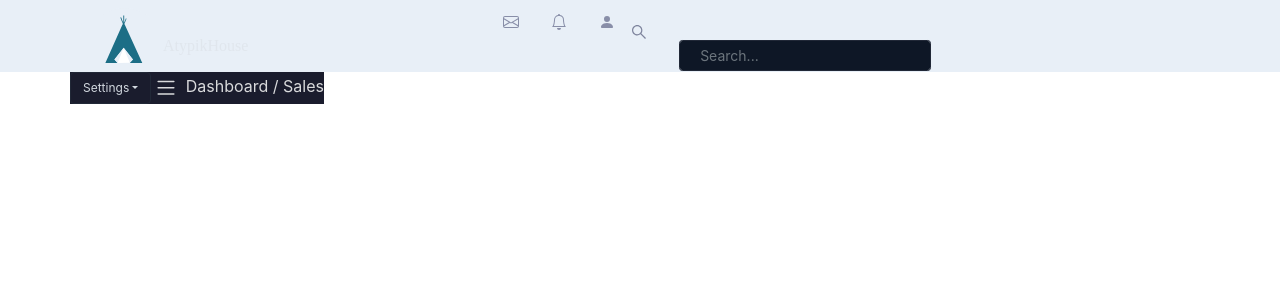
Repository: kifack/API-Symfony-AtypikHouse
Page: / (app in admin-frontend/)
An editor plug-in stored every save of this project. The page is shown before and after a run of saves, followed by the edit.
The browser window is 1280 px wide. The pictures show the whole page.
Some web libraries are served in a nearby version. The project was rebuilt for these pictures with package versions that can differ from the ones it lists, and the page was loaded fresh each time. Also part of the build but not shown: admin-frontend/src/css/Responsive.css, admin-frontend/src/css/admin/navbar.css, admin-frontend/src/components/template_parts/Header.js, admin-frontend/src/components/template_parts/Footer.js, admin-frontend/src/components/template_parts/Sidebar.js, admin-frontend/src/components/partials/LocationEntry.js, admin-frontend/src/components/template_parts/Spinner.js, admin-frontend/src/actions/location.js and 26 more.

Above is the page before, as saved 2020-10-01 15:49:05.

### admin-frontend/public/index.html
<!DOCTYPE html>
<html lang="en">
  <head>
    <meta charset="utf-8" />
    <link rel="icon" href="%PUBLIC_URL%/atypikhouse.ico" />
    <meta name="viewport" content="width=device-width, initial-scale=1" />
    <meta name="theme-color" content="#000000" />
    <meta
      name="description"
      content="Web site created using create-react-app"
    />
    <link
      rel="stylesheet"
      href="https://use.fontawesome.com/releases/v5.8.1/css/all.css"
      integrity="sha384-50oBUHEmvpQ+1lW4y57PTFmhCaXp0ML5d60M1M7uH2+nqUivzIebhndOJK28anvf"
      crossorigin="anonymous"
    />
    <!--
      manifest.json provides metadata used when your web app is installed on a
      user's mobile device or desktop. See https://developers.google.com/web/fundamentals/web-app-manifest/
    -->
    <!-- <link rel="manifest" href="%PUBLIC_URL%/manifest.json" /> -->
    <!--
      Notice the use of %PUBLIC_URL% in the tags above.
      It will be replaced with the URL of the `public` folder during the build.
      Only files inside the `public` folder can be referenced from the HTML.

      Unlike "/favicon.ico" or "favicon.ico", "%PUBLIC_URL%/favicon.ico" will
      work correctly both with client-side routing and a non-root public URL.
      Learn how to configure a non-root public URL by running `npm run build`.
    -->
    <script
      src="https://code.jquery.com/jquery-3.5.1.min.js"
      integrity="sha256-9/aliU8dGd2tb6OSsuzixeV4y/faTqgFtohetphbbj0="
      crossorigin="anonymous"
    ></script>
    <script src="https://stackpath.bootstrapcdn.com/bootstrap/4.5.2/js/bootstrap.min.js"></script>
    <script
      src="https://code.jquery.com/jquery-3.5.1.min.js"
      integrity="sha256-9/aliU8dGd2tb6OSsuzixeV4y/faTqgFtohetphbbj0="
      crossorigin="anonymous"
    ></script>

    <script src="https://stackpath.bootstrapcdn.com/bootstrap/4.5.2/js/bootstrap.min.js"></script>
    <title>AtypikHouse</title>
  </head>
  <body>
    <noscript>You need to enable JavaScript to run this app.</noscript>
    <div id="root"></div>
    <!--
      This HTML file is a template.
      If you open it directly in the browser, you will see an empty page.

      You can add webfonts, meta tags, or analytics to this file.
      The build step will place the bundled scripts into the <body> tag.

      To begin the development, run `npm start` or `yarn start`.
      To create a production bundle, use `npm run build` or `yarn build`.
    -->
  </body>
</html>

### admin-frontend/src/index.js
import React from 'react';
import ReactDOM from 'react-dom';
import App from './components/App';
import 'bootstrap/dist/css/bootstrap.min.css';
import { Provider } from 'react-redux';
import configureStore from './store/store';
import HeaderBack from './components/backend/HeaderBack';


const store = configureStore();
ReactDOM.render(
  <React.StrictMode>
    <Provider store={store}>
      <HeaderBack />
    </Provider>

  </React.StrictMode>,
  document.getElementById('root')
);

### admin-frontend/src/store/store.js
import { createStore, applyMiddleware } from "redux";
import { composeWithDevTools } from "redux-devtools-extension";
import thunk from "redux-thunk";
import rootReducer from "../reducers";

const configureStore = () => {
  const initialState = {};

  const middleware = [thunk];

  const store = createStore(
    rootReducer,
    initialState,
    composeWithDevTools(applyMiddleware(...middleware))
  );
  return store;
};

export default configureStore;

### admin-frontend/src/components/backend/HeaderBack.js
import React from "react";
import { Navbar, Nav, Image, Row, Container } from "react-bootstrap";
import { BsBell, BsEnvelope, BsFillPersonFill, BsList } from "react-icons/bs";
import { FaSistrix } from "react-icons/fa";
import logo from './../../media/logonegatif.svg';


class HeaderBack extends React.Component{
    render(){
        return(

            <header>
            <Navbar>

                <div className="blue-sky menuhaut">
                <Container >
                <Row >
                        <Nav.Link><Image class="logo"src={logo}/><span class="titlesite">AtypikHouse</span></Nav.Link>
                        <Nav.Link><BsEnvelope class="icon-env"/></Nav.Link>
                        <Nav.Link><BsBell class="icon-bell"/></Nav.Link>
                        <Nav.Link><BsFillPersonFill class="icon-person"/></Nav.Link>
                        <form className="form-inline mt-4 mb-4">
                        <FaSistrix  className="icons"/>
                        <input className="form-control form-control-sm ml-5 w-100" type="text" placeholder="   Search..." aria-label="Search"  />
                        </form>
                </Row>
                </Container>
                </div>

                    <div class="sous-header">
                    <Container>
                    <Row>
                    <div>
                        <div class="fond">
                        <button class="btn btn-secondary dropdown-toggle" type="button" id="dropdownMenuButton" data-toggle="dropdown" aria-haspopup="true" aria-expanded="false" >Settings</button>
                        <BsList class="icon-list"/>
                        <span class="titlelist"> Dashboard / Sales</span>
                        </div>
                    </div>
                    </Row>
                    </Container>
                    </div>

            </Navbar>
         </header>


        )
    }

}

export default HeaderBack;

### admin-frontend/src/utils/setAuthToken.js
import api from "./api";

const setAuthToken = (token) => {
  if (token) {
    console.log("setting...");
    api.defaults.headers.common.authorization = "Bearer " + token;
    localStorage.setItem("token", token);
  } else {
    console.log("deleting...");
    delete api.defaults.headers.common["Authorization"];
    localStorage.removeItem("token");
  }
};

export default setAuthToken;

### admin-frontend/src/css/App.css
:root {
  --primaryColor: #1c6e86;
  --secondaryColor :#060818;
  --tierColor: #1e2020;
  --white: #ffffff;
}

* {
  margin: 0;
  padding: 0;
  box-sizing: border-box;
}

@font-face {
  font-family: "title-logo";
  src: url("./../polices/vagnotie.otf");
}
@font-face {
  font-family: "title-block";
  src: url("./../polices/Vogue.ttf");
}
@font-face {
  font-family: "title-secondaire";
  src: url("./../polices/ArcaMajora3-Bold.otf");
}
@font-face {
  font-family : "sans-serifSpe";
  src: url("./../polices/Myriad-Pro_31655.ttf");
}

.blue-sky {
  background-color: var(--secondaryColor);
}
body .blue-Marine {
  background-color: var(--primaryColor);
}

.titleBlock {
  font-family: "title-block";
  padding-top: 30px;
  font-size: 1.3rem;
  color: var(--tiercolor);
}
.titleConte{
  text-align: center;
}
.btnNb{
  padding: 10px 20px;
  text-decoration: none;
  border-radius: 20px;
  font-family: "title-secondaire";
  font-size: 1rem;
}
.secondaryNb {
  color: var(--secondaryColor);
}
.btnNb:hover {
  text-decoration: none;
  color: var(--primaryColor);
  background-color: var(--secondaryColor);
}
.conteneurBtn {
  padding-top: 20px;
}
img {
  width: 100%;
}


/*********************************************************** Header backend ************************************************************************************/

.icons{

  color: #7e849d;


}

.form-inline{


}
.titlesite, .logo{

  color: #e0e6ed;
  width: 30px;
  font-family: "title-secondair";
  font-size: 1.0rem;

}
header .container img {

  width: 20%;

}

.icon-env, .icon-bell, .icon-person {


  color: #888ea8;
}


input.form-control.form-control-sm.ml-5.w-100 {
  background-color: #0e1726;
  color: #7e849d;
  border-color: #212837;


}

button#dropdownMenuButton {

background-color: #1a1c2d;
color: #d2d8df;
border-color: #212837;
font-size: 12px;
}


.icon-list{

 color: #d9dadc;
 width: 30px;
 height: 25px;

}

.titlelist{

 color: #d9dadc;

}
.fond{


 background: #1a1c2d;
}

header .navbar{
  padding: 0;
  margin: 0;
  display: block;
}

header .menuhaut{
  height: 10vh;


}

### admin-frontend/src/reducers/index.js
import { combineReducers } from "redux";
import auth from "./auth";
import location from "./location";
import user from "./user";
import comment from "./comment";
import destination from "./destination";
import category from "./category";
import thematic from "./thematic";
import field from "./field";

export default combineReducers({
  auth,
  location,
  user,
  comment,
  destination,
  category,
  thematic,
  field,
});

### admin-frontend/src/utils/api.js
import axios from "axios";
import store from "../store/store";
import { LOGOUT } from "../actions/types";

const api = axios.create({
  baseURL: "http://localhost:8000/api/v01",
  // baseURL: "http://api.f2i-dev2-ami-bc-akb-vyk.fr/api/v01",
  headers: {
    "Content-Type": "application/json",
    Accept: "application/json",
  },
});

const { dispatch } = store;

export default api;

### admin-frontend/src/css/sidebar.css
:root {
  --primaryColor: #0090d9;
  --secondaryColor: #e8f1f8;
  --tierColor: #1e2020;
  --white: #ffffff;
}

.sidebar {
  width: 240px;
  min-height: 100vh;
  transition: 0.4s;
  transition-property: width;
  background-color: #fff;

  /* background-image: linear-gradient(180deg, #4e73df 10%, #224abe 100%); */
  /* overflow-y: auto; */
}

.sidebar ul {
  /* color: var(--primaryColor); */
  height: 100%;
  width: 100%;
  list-style: none;
}
.sidebar .menu li {
  line-height: 60px;
  border-bottom: 1px solid #bdb8d7;
  border-bottom: 1px solid rgba(0, 0, 0, 0.05);
  border-top: 1px solid rgba(255, 255, 255, 0.05);
}
.sidebar .menu li:last-child {
  border-bottom: 1px solid rgba(255, 255, 255, 0.05);
}
.sidebar .menu li a {
  position: relative;
  text-decoration: none;
  color: #6c757d;
  font-size: 16px;
  padding-left: 20px;
  font-weight: 500;
  display: block;
  width: 100%;
  border-left: 3px solid transparent;
}
.sidebar .menu li a > i {
  color: var(--primaryColor);
  padding-right: 8px;
}
.sidebar .menu li.active a {
  color: #fff;
  background: #4e73df;
  /* border-left-color: #000; */
}
.sidebar .menu li a:hover {
  /* background-color: #4e73df; */
  opacity: 0.9;
  color: var(--primaryColor);
}
.sidebar .menu ul {
  position: static;
  display: none;
  background-color: #fff;
}

.sidebar .menu ul li {
  line-height: 50px;
  border-top: none;
  color: var(--primaryColor);
}

.sidebar ul li a .item {
  /* margin-left: 15px; */
  transition: 0.4s;
  transition-property: display;
}
.sidebar .menu ul li a {
  font-size: 15px;
  color: #6c757d;
  padding-left: 50px;
}
.sidebar .menu li.active ul li a {
  color: #e6e6e6;
  background: #1b1b1b;
  border-left-color: transparent;
}
.sidebar .menu ul li a:hover {
  border-left-color: var(--primaryColor);
  border-left-width: 5px;
}
.sidebar li a .caret-menu {
  position: absolute;
  top: 50%;
  right: 20px;
  transform: translateY(-50%);
  font-size: 18px;
  transition: transform 0.7s;
}
.sidebar li a span.rotate {
  transform: translateY(-50%) rotate(-180deg);
}

.wrapper.collapse-sidebar .sidebar {
  width: 70px;
}

.wrapper.collapse-sidebar .main_content {
  width: calc(100% - 70px);
}

.wrapper.collapse-sidebar .sidebar .item,
.submenu,
.wrapper.collapse-sidebar .sidebar .submenu li {
  display: none;
}

### admin-frontend/src/css/card.css
/* Navigation tabs */
:root {
  --primaryColor: #0090d9;
  --secondaryColor: #e8eff7;
  --tierColor: #1e2020;
  --white: #ffffff;
}
.tabs {
  /* width: 730px; */
  height: 100vh;
  overflow: hidden;
  border-radius: 5px;
  box-shadow: 5px 10px 5px #ccc;
  border: 1px solid #eee;
  margin-right: 10px;
}
.tabs .tab-header {
  /* height: 40px; */
  display: flex;
  align-items: center;
  width: 100%;
  padding: 15px;
  /* border: 1px solid #eee; */
}

.tabs .tab-header > div {
  width: calc(100% / 2);
  text-align: center;
  color: #888;
  font-weight: 600;
  cursor: pointer;
  font-size: 14px;
  text-transform: uppercase;
  outline: none;
}
/* .tabs .tab-header > div > i {
  display: block;
  margin-bottom: 5px;
} */
.tabs .tab-header > div.active {
  color: var(--primaryColor);
}
.tabs .tab-indicator {
  position: relative;
  width: calc(100% / 2);
  height: 5px;
  background: var(--primaryColor);
  left: 0px;
  border-radius: 5px;
  transition: all 500ms ease-in-out;
}
.tabs .tab-body {
  position: relative;
  height: calc(100% - 60px);
  padding: 10px 5px;
}
.tabs .tab-body > div {
  padding: 20px;
  position: absolute;
  width: 100%;
  top: -200%;
  opacity: 0;
  transform: scale(0.9);
  transition: opacity 500ms ease-in-out 0ms, transform 500ms ease-in-out 0ms;
}
.tabs .tab-body > div.active {
  top: 0px;
  opacity: 1;
  transform: scale(1);
}

/* Display location  */
.img-container {
  position: relative;
}
/* Next & previous buttons */
.prev,
.next {
  cursor: pointer;
  position: absolute;
  text-decoration: none !important;
  top: 50%;
  width: auto;
  margin-top: -22px;
  padding: 16px;
  color: white !important;
  font-weight: bold;
  font-size: 18px;
  transition: 0.6s ease;
  border-radius: 0 3px 3px 0;
  user-select: none;
}

/* Position the "next button" to the right */
.next {
  right: 0;
  border-radius: 3px 0 0 3px;
}
.prev {
  left: 0;
}

/* On hover, add a black background color with a little bit see-through */
.prev:hover,
.next:hover {
  background-color: rgba(0, 0, 0, 0.8);
}
/* Fading animation */
.custom-fade {
  -webkit-animation-name: fade;
  -webkit-animation-duration: 1.5s;
  animation-name: fade;
  animation-duration: 1.5s;
}

@-webkit-keyframes fade {
  from {
    opacity: 0.4;
  }
  to {
    opacity: 1;
  }
}

@keyframes fade {
  from {
    opacity: 0.4;
  }
  to {
    opacity: 1;
  }
}

### admin-frontend/src/reducers/auth.js
import {
  LOAD_USER_REQUEST,
  USER_LOADED,
  AUTH_ERROR,
  LOGIN_REQUEST,
  LOGIN_SUCCESS,
  LOGIN_FAIL,
  LOGOUT,
} from "../actions/types";
import setAuthToken from "../utils/setAuthToken";

const initialState = {
  token: localStorage.getItem("token"),
  isAuthenticated: false,
  loading: false,
  user: null,
  isLogining: false,
  error: null,
};

export default function (state = initialState, action) {
  const { type, payload } = action;

  switch (type) {
    case LOAD_USER_REQUEST:
      return {
        ...state,
        loading: true,
      };
    case USER_LOADED:
      if (payload.roles.indexOf("ROLE_ADMIN") >= 0) {
        return {
          ...state,
          isAuthenticated: true,
          loading: false,
          user: payload,
        };
      } else {
        return {
          ...state,
          isAuthenticated: false,
          loading: false,
          error: "Vous n'avez pas des droits d'accés",
        };
      }
    case LOGIN_REQUEST:
      return {
        ...state,
        isLogining: true,
      };
    case LOGIN_SUCCESS:
      if (payload.user.roles.indexOf("ROLE_ADMIN") >= 0) {
        localStorage.setItem("token", payload.token);
        setAuthToken(payload.token);
        return {
          ...state,
          isAuthenticated: true,
          isLogining: false,
          user: payload.user,
        };
      } else {
        return {
          ...state,
          isAuthenticated: false,
          isLogining: false,
          error: "Vous n'avez pas des droits d'accéss",
        };
      }

    case AUTH_ERROR:
    case LOGOUT:
      console.log("logout");
      localStorage.removeItem("token");
      return {
        ...state,
        token: null,
        isAuthenticated: false,
        loading: false,
        user: null,
        error: payload,
      };

    case LOGIN_FAIL:
      return {
        ...state,
        isLogining: false,
        error: payload.message,
      };

    default:
      return state;
  }
}

### admin-frontend/src/reducers/location.js
import {
  LOAD_LOCATIONS,
  LOAD_LOCATIONS_SUCCESS,
  LOAD_LOCATIONS_ERROR,
  VALIDATE_LOCATION,
  VALIDATE_LOCATION_ERROR,
  DEACTIVATE_LOCATION,
  DEACTIVATE_LOCATION_ERROR,
  LOAD_LOCATION,
  LOAD_LOCATION_SUCCESS,
  LOAD_LOCATION_ERROR,
} from "../actions/types";

const initialState = {
  locations: [],
  location: null,
  loading: false,
  loadingLocation: true,
};

export default function (state = initialState, action) {
  const { type, payload } = action;
  let index, locations;

  switch (type) {
    case LOAD_LOCATIONS:
      return {
        ...state,
        loading: true,
      };
    case LOAD_LOCATIONS_SUCCESS:
      return {
        ...state,
        locations: payload,
        loading: false,
      };

    case LOAD_LOCATION:
      return {
        ...state,
        loadingLocation: true,
        location: null,
      };
    case LOAD_LOCATION_SUCCESS:
      return {
        ...state,
        location: payload,
        loadingLocation: false,
      };
    case VALIDATE_LOCATION:
      index = state.locations.findIndex((item) => item.id === payload);
      locations = state.locations;
      locations[index].status = 1;

      return {
        ...state,
        locations: [...locations],
        loading: false,
      };
    case DEACTIVATE_LOCATION:
      index = state.locations.findIndex((item) => item.id === payload);
      locations = state.locations;
      locations[index].status = 2;

      return {
        ...state,
        locations: [...locations],
        loading: false,
      };

    default:
      return state;
  }
}

### admin-frontend/src/reducers/user.js
import {
  LOAD_USERS,
  LOAD_USERS_ERROR,
  LOAD_USERS_SUCCESS,
  LOAD_USER,
  LOAD_USER_SUCCESS,
  LOAD_USER_ERROR,
  TOGGLE_SIDEBAR,
  ACTIVATE_USER,
  ACTIVATE_USER_ERROR,
  DEACTIVATE_USER,
  DEACTIVATE_USER_ERROR,
} from "../actions/types";

const initialState = {
  users: [],
  user: null,
  loading: false,
  loadingUser: true,
  showSidebar: true,
};

export default function (state = initialState, action) {
  const { type, payload } = action;
  let index, users;

  switch (type) {
    case LOAD_USERS:
      return {
        ...state,
        loading: true,
      };
    case LOAD_USERS_SUCCESS:
      return {
        ...state,
        users: payload,
        loading: false,
      };

    case LOAD_USER:
      return {
        ...state,
        user: null,
        loadingUser: true,
      };
    case LOAD_USER_SUCCESS:
      return {
        ...state,
        user: payload,
        loadingUser: false,
      };
    case ACTIVATE_USER:
      index = state.users.findIndex((item) => item.id === payload);
      users = state.users;
      users[index].status = 1;

      return {
        ...state,
        users: [...users],
        loading: false,
      };
    case DEACTIVATE_USER:
      index = state.users.findIndex((item) => item.id === payload);
      users = state.users;
      users[index].status = 0;

      return {
        ...state,
        users: [...users],
        loading: false,
      };

    case TOGGLE_SIDEBAR:
      return {
        ...state,
        showSidebar: !state.showSidebar,
      };

    default:
      return state;
  }
}

### admin-frontend/src/reducers/comment.js
import {
  LOAD_COMMENTS,
  LOAD_COMMENTS_SUCCESS,
  LOAD_COMMENTS_ERROR,
  DELETE_COMMENT,
  DELETE_COMMENT_ERROR,
} from "../actions/types";

const initialState = {
  comments: [],
  loading: false,
};

export default function (state = initialState, action) {
  const { type, payload } = action;

  switch (type) {
    case LOAD_COMMENTS:
      return {
        ...state,
        loading: true,
      };

    case LOAD_COMMENTS_SUCCESS:
      return {
        ...state,
        comments: payload,
        loading: false,
      };
    case DELETE_COMMENT:
      let filteredComments = state.comments.filter(
        (item) => item.id !== payload
      );
      return {
        ...state,
        comments: [...filteredComments],
        loading: false,
      };

    default:
      return state;
  }
}

### admin-frontend/src/reducers/destination.js
import {
  LOAD_DESTINATIONS,
  LOAD_DESTINATIONS_SUCCESS,
  LOAD_DESTINATIONS_ERROR,
  ADD_DESTINATION,
  ADD_DESTINATION_ERROR,
} from "../actions/types";

const initialState = {
  destinations: [],
  loading: false,
};

export default function (state = initialState, action) {
  const { type, payload } = action;

  switch (type) {
    case ADD_DESTINATION:
      return {
        ...state,
        destinations: [...state.destinations, payload],
        loading: false,
      };
    case LOAD_DESTINATIONS:
      return {
        ...state,
        loading: true,
      };
    case LOAD_DESTINATIONS_SUCCESS:
      return {
        ...state,
        destinations: payload,
        loading: false,
      };

    default:
      return state;
  }
}

### admin-frontend/src/reducers/category.js
import {
  LOAD_CATEGORIES,
  LOAD_CATEGORIES_SUCCESS,
  LOAD_CATEGORIES_ERROR,
  ADD_CATEGORY,
  ADD_CATEGORY_ERROR,
} from "../actions/types";

const initialState = {
  categories: [],
  loading: false,
};

export default function (state = initialState, action) {
  const { type, payload } = action;

  switch (type) {
    case LOAD_CATEGORIES:
      return {
        ...state,
        loading: true,
      };
    case LOAD_CATEGORIES_SUCCESS:
      return {
        ...state,
        categories: [...payload],
        loading: false,
      };
    case ADD_CATEGORY:
      return {
        ...state,
        categories: [...state.categories, payload],
        loading: false,
      };

    default:
      return state;
  }
}

### admin-frontend/src/reducers/thematic.js
import {
  LOAD_THEMATICS,
  LOAD_THEMATICS_SUCCESS,
  LOAD_THEMATICS_ERROR,
  ADD_THEMATIC,
  ADD_THEMATIC_ERROR,
} from "../actions/types";

const initialState = {
  thematics: [],
  loading: false,
};

export default function (state = initialState, action) {
  const { type, payload } = action;

  switch (type) {
    case ADD_THEMATIC:
      return {
        ...state,
        thematics: [...state.thematics, payload],
        loading: false,
      };

    case LOAD_THEMATICS:
      return {
        ...state,
        loading: true,
      };

    case LOAD_THEMATICS_SUCCESS:
      return {
        ...state,
        thematics: payload,
        loading: false,
      };

    default:
      return state;
  }
}

### admin-frontend/src/reducers/field.js
import {
  LOAD_FIELDS,
  LOAD_FIELDS_ERROR,
  ADD_FIELD,
  ADD_FIELD_ERROR,
} from "../actions/types";

const initialState = {
  fields: [],
  loading: true,
};

export default function (state = initialState, action) {
  const { type, payload } = action;

  switch (type) {
    case LOAD_FIELDS:
      return {
        ...state,
        fields: [...payload],
        loading: false,
      };
    case ADD_FIELD:
      return {
        ...state,
        fields: [...state.fields, payload],
        loading: false,
      };

    default:
      return state;
  }
}

### admin-frontend/src/css/spinner.css
/* https://projects.lukehaas.me/css-loaders/ */
:root {
  --primaryColor: #0090d9;
  --secondaryColor: #e8eff7;
  --tierColor: #1e2020;
  --white: #ffffff;
}

.spinner {
  width: 100%;
  height: 100%;
  display: flex;
  align-items: center;
  justify-content: center;
  /* background-color: rgb(0, 0, 0); */
  /* background-color: #eee; */
}

.loader {
  color: var(--primaryColor);
  font-size: 20px;
  margin: 100px auto;
  width: 1em;
  height: 1em;
  border-radius: 50%;
  position: relative;
  text-indent: -9999em;
  -webkit-animation: load4 1.3s infinite linear;
  animation: load4 1.3s infinite linear;
  -webkit-transform: translateZ(0);
  -ms-transform: translateZ(0);
  transform: translateZ(0);
}
@-webkit-keyframes load4 {
  0%,
  100% {
    box-shadow: 0 -3em 0 0.2em, 2em -2em 0 0em, 3em 0 0 -1em, 2em 2em 0 -1em,
      0 3em 0 -1em, -2em 2em 0 -1em, -3em 0 0 -1em, -2em -2em 0 0;
  }
  12.5% {
    box-shadow: 0 -3em 0 0, 2em -2em 0 0.2em, 3em 0 0 0, 2em 2em 0 -1em,
      0 3em 0 -1em, -2em 2em 0 -1em, -3em 0 0 -1em, -2em -2em 0 -1em;
  }
  25% {
    box-shadow: 0 -3em 0 -0.5em, 2em -2em 0 0, 3em 0 0 0.2em, 2em 2em 0 0,
      0 3em 0 -1em, -2em 2em 0 -1em, -3em 0 0 -1em, -2em -2em 0 -1em;
  }
  37.5% {
    box-shadow: 0 -3em 0 -1em, 2em -2em 0 -1em, 3em 0em 0 0, 2em 2em 0 0.2em,
      0 3em 0 0em, -2em 2em 0 -1em, -3em 0em 0 -1em, -2em -2em 0 -1em;
  }
  50% {
    box-shadow: 0 -3em 0 -1em, 2em -2em 0 -1em, 3em 0 0 -1em, 2em 2em 0 0em,
      0 3em 0 0.2em, -2em 2em 0 0, -3em 0em 0 -1em, -2em -2em 0 -1em;
  }
  62.5% {
    box-shadow: 0 -3em 0 -1em, 2em -2em 0 -1em, 3em 0 0 -1em, 2em 2em 0 -1em,
      0 3em 0 0, -2em 2em 0 0.2em, -3em 0 0 0, -2em -2em 0 -1em;
  }
  75% {
    box-shadow: 0em -3em 0 -1em, 2em -2em 0 -1em, 3em 0em 0 -1em, 2em 2em 0 -1em,
      0 3em 0 -1em, -2em 2em 0 0, -3em 0em 0 0.2em, -2em -2em 0 0;
  }
  87.5% {
    box-shadow: 0em -3em 0 0, 2em -2em 0 -1em, 3em 0 0 -1em, 2em 2em 0 -1em,
      0 3em 0 -1em, -2em 2em 0 0, -3em 0em 0 0, -2em -2em 0 0.2em;
  }
}
@keyframes load4 {
  0%,
  100% {
    box-shadow: 0 -3em 0 0.2em, 2em -2em 0 0em, 3em 0 0 -1em, 2em 2em 0 -1em,
      0 3em 0 -1em, -2em 2em 0 -1em, -3em 0 0 -1em, -2em -2em 0 0;
  }
  12.5% {
    box-shadow: 0 -3em 0 0, 2em -2em 0 0.2em, 3em 0 0 0, 2em 2em 0 -1em,
      0 3em 0 -1em, -2em 2em 0 -1em, -3em 0 0 -1em, -2em -2em 0 -1em;
  }
  25% {
    box-shadow: 0 -3em 0 -0.5em, 2em -2em 0 0, 3em 0 0 0.2em, 2em 2em 0 0,
      0 3em 0 -1em, -2em 2em 0 -1em, -3em 0 0 -1em, -2em -2em 0 -1em;
  }
  37.5% {
    box-shadow: 0 -3em 0 -1em, 2em -2em 0 -1em, 3em 0em 0 0, 2em 2em 0 0.2em,
      0 3em 0 0em, -2em 2em 0 -1em, -3em 0em 0 -1em, -2em -2em 0 -1em;
  }
  50% {
    box-shadow: 0 -3em 0 -1em, 2em -2em 0 -1em, 3em 0 0 -1em, 2em 2em 0 0em,
      0 3em 0 0.2em, -2em 2em 0 0, -3em 0em 0 -1em, -2em -2em 0 -1em;
  }
  62.5% {
    box-shadow: 0 -3em 0 -1em, 2em -2em 0 -1em, 3em 0 0 -1em, 2em 2em 0 -1em,
      0 3em 0 0, -2em 2em 0 0.2em, -3em 0 0 0, -2em -2em 0 -1em;
  }
  75% {
    box-shadow: 0em -3em 0 -1em, 2em -2em 0 -1em, 3em 0em 0 -1em, 2em 2em 0 -1em,
      0 3em 0 -1em, -2em 2em 0 0, -3em 0em 0 0.2em, -2em -2em 0 0;
  }
  87.5% {
    box-shadow: 0em -3em 0 0, 2em -2em 0 -1em, 3em 0 0 -1em, 2em 2em 0 -1em,
      0 3em 0 -1em, -2em 2em 0 0, -3em 0em 0 0, -2em -2em 0 0.2em;
  }
}

Loaded but not shown: admin-frontend/src/actions/types.js (79 lines, source omitted)

After the next 2 saves:
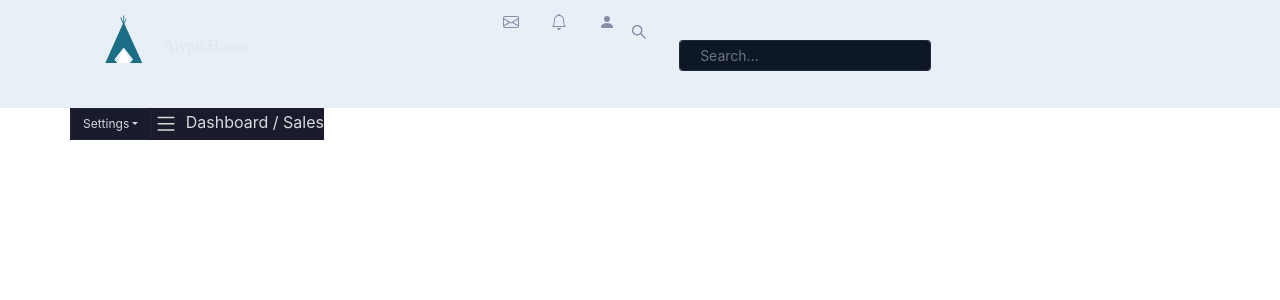
The 2 saves are shown as one change because they came seconds apart.
The last was saved 7 s later.
--- a/admin-frontend/src/css/App.css
+++ b/admin-frontend/src/css/App.css
@@ -144,7 +144,7 @@ header .navbar{
 }
 
 header .menuhaut{
-  height: 10vh;
+  height: 15vh;
 
 
 }
